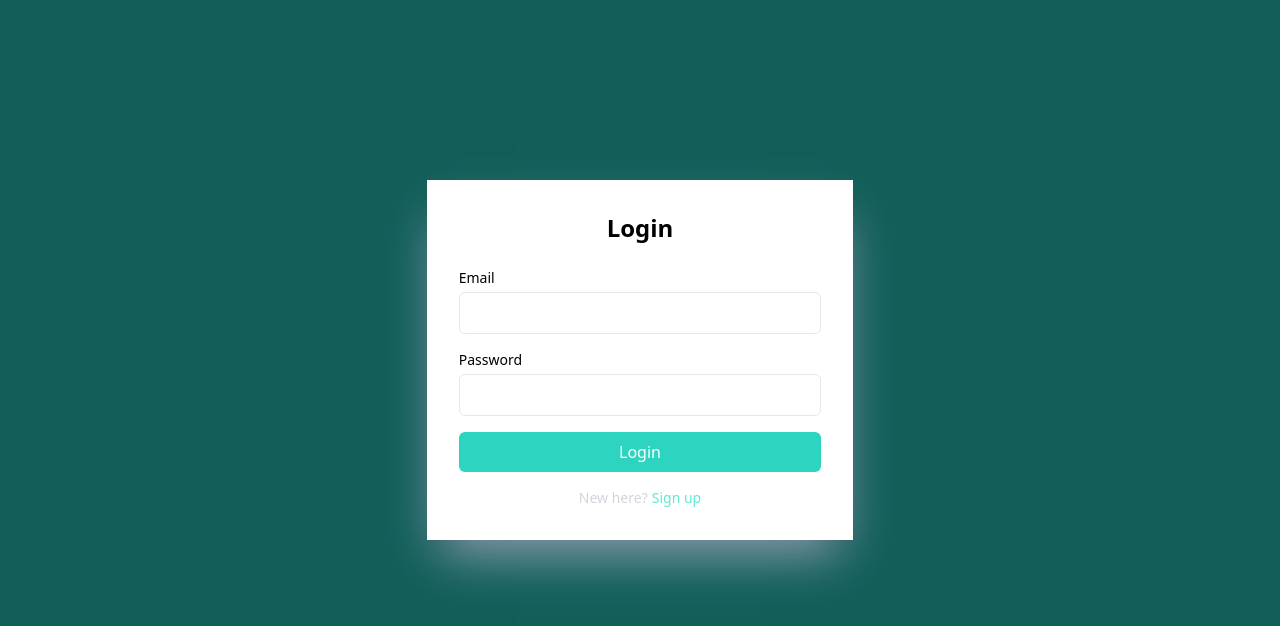
Repository: alizey12/POS-React-website
Page: /
An editor plug-in stored every save of this project. The page is shown before and after the next save, followed by the edit.
The browser window is 1280 px wide. The pictures show the whole page.
The project was rebuilt for these pictures with package versions that can differ from the ones it lists, and the page was loaded fresh each time. Also part of the build but not shown: vite.config.js, src/navbar.jsx, src/sidebar.jsx, src/Dashboard.jsx.

Above is the page before, as saved 2024-12-30 22:55:24.

### src/App.jsx
import { BrowserRouter as Router, Routes, Route } from 'react-router-dom';
import LoginPage from "./login"
import Dashboard from './Dashboard';

function App() {
  return (
    <Router>
      <Routes>
        <Route path="/" element={<LoginPage />} />
        <Route path="/dashboard" element={<Dashboard />} />
      </Routes>
    </Router>
  );
}

export default App;

### src/login.jsx
import { useState } from 'react';
import toast, { Toaster } from 'react-hot-toast';
import { useNavigate } from 'react-router-dom';

const SignupLogin = () => {
  const [isLogin, setIsLogin] = useState(true);
  const [formData, setFormData] = useState({
    email: '',
    password: '',
    confirmPassword: '',
  });
  const [errors, setErrors] = useState({});
  const [storedUser, setStoredUser] = useState(null);
  const navigate = useNavigate();

  const toggleForm = () => setIsLogin(!isLogin);

  const handleChange = (e) => {
    const { name, value } = e.target;
    setFormData({ ...formData, [name]: value });
    setErrors({ ...errors, [name]: '' }); // Clear error on change
  };

  const validateForm = () => {
    const newErrors = {};
    if (!formData.email) newErrors.email = 'Please enter email';
    if (!formData.password) newErrors.password = 'Please enter password';
    if (!isLogin && formData.password !== formData.confirmPassword) {
      newErrors.confirmPassword = 'Passwords do not match';
    }
    setErrors(newErrors);
    return Object.keys(newErrors).length === 0;
  };

  const handleSubmit = (e) => {
    e.preventDefault();
    if (!validateForm()) return;

    const { email, password } = formData;

    if (isLogin) {
      if (storedUser && email === storedUser.email && password === storedUser.password) {
        toast.success('Login successful!');
        setTimeout(() => navigate('/dashboard'), 1500);
      } else {
        toast.error('Your email or password is incorrect. Please try again.');
      }
    } else {
      setStoredUser({ email, password });
      toast.success('Signup successful!');
      setTimeout(() => setIsLogin(true), 1500);
    }
  };

  return (
    <div className="flex items-center justify-center min-h-screen  bg-teal-800 to-yellow-500">
      <div className=" bg-white w-1/3 shadow-lg rounded-lg">

        <div className="w-full bg-white shadow-slate-400 shadow-2xl p-8 justify-center">
          <h2 className="text-2xl font-bold text-center ">
            {isLogin ? 'Login' : 'Sign Up'}
          </h2>
          <form onSubmit={handleSubmit} className="mt-6 space-y-4">
            <div>
              <label className="block text-sm font-medium ">Email</label>
              <input
                type="email"
                name="email"
                value={formData.email}
                onChange={handleChange}
                className="mt-1 block w-full p-2 border rounded-md focus:outline-none focus:ring-blue-500 focus:border-blue-500"
              />
              {errors.email && <p className="text-red-500 text-sm mt-1">{errors.email}</p>}
            </div>
            <div>
              <label className="block text-sm font-medium ">Password</label>
              <input
                type="password"
                name="password"
                value={formData.password}
                onChange={handleChange}
                className="mt-1 block w-full p-2 border rounded-md focus:outline-none focus:ring-blue-500 focus:border-blue-500"
              />
              {errors.password && <p className="text-red-500 text-sm mt-1">{errors.password}</p>}
            </div>
            {!isLogin && (
              <div>
                <label className="block text-sm font-medium ">Confirm Password</label>
                <input
                  type="password"
                  name="confirmPassword"
                  value={formData.confirmPassword}
                  onChange={handleChange}
                  className="mt-1 block w-full p-2 border rounded-md focus:outline-none focus:ring-blue-500 focus:border-blue-500"
                />
                {errors.confirmPassword && <p className="text-red-500 text-sm mt-1">{errors.confirmPassword}</p>}
              </div>
            )}
            <button
              type="submit"
              className="w-full bg-teal-400 text-white p-2 rounded-md hover:bg-teal-200 focus:outline-none focus:ring-2 focus:ring-blue-500 focus:ring-offset-2"
            >
              {isLogin ? 'Login' : 'Sign Up'}
            </button>
          </form>
          <p className="text-center text-sm text-gray-300 mt-4">
            {isLogin ? 'New here?' : 'Already have an account?'}
            <button
              type="button"
              onClick={toggleForm}
              className="ml-1 text-teal-300 hover:underline"
            >
              {isLogin ? 'Sign up' : 'Login'}
            </button>
          </p>
        </div>
      </div>
      <Toaster />
    </div>
  );
};

export default SignupLogin;

Loaded but not shown: index.html (common file); src/main.jsx (common file); src/index.css (common file); tailwind.config.js (common file)

After the next save:
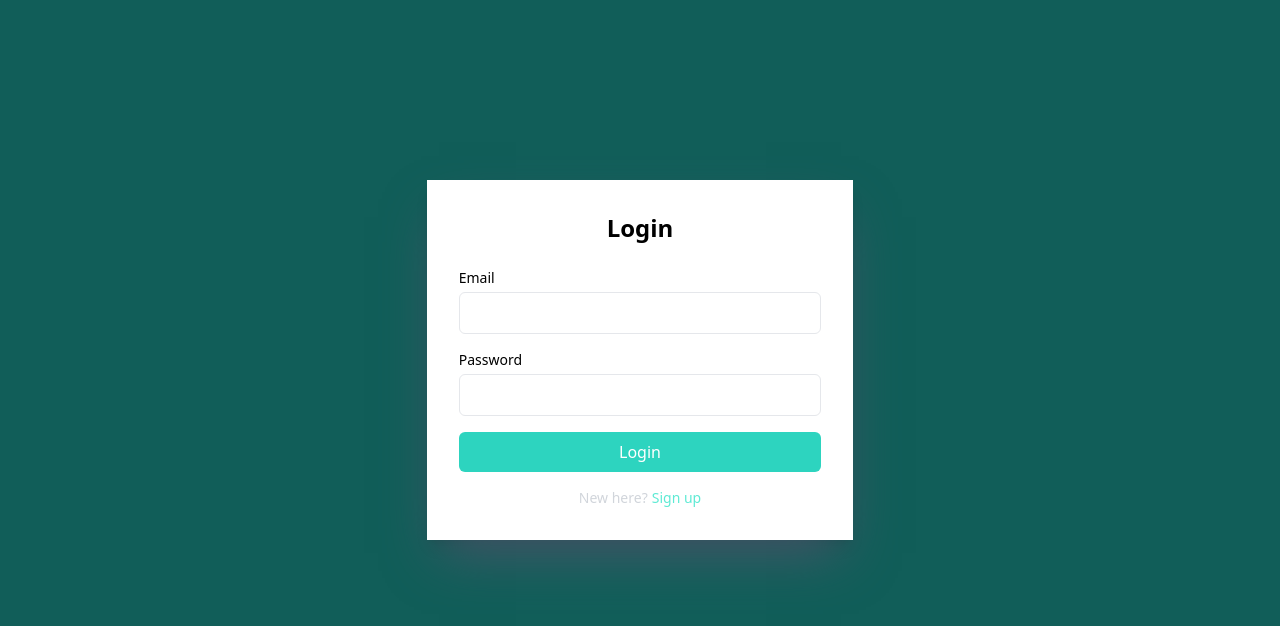
Saved 7 s later.
--- a/src/login.jsx
+++ b/src/login.jsx
@@ -56,7 +56,7 @@ const SignupLogin = () => {
     <div className="flex items-center justify-center min-h-screen  bg-teal-800 to-yellow-500">
       <div className=" bg-white w-1/3 shadow-lg rounded-lg">
 
-        <div className="w-full bg-white shadow-slate-400 shadow-2xl p-8 justify-center">
+        <div className="w-full bg-white shadow-slate-600 shadow-2xl p-8 justify-center">
           <h2 className="text-2xl font-bold text-center ">
             {isLogin ? 'Login' : 'Sign Up'}
           </h2>
